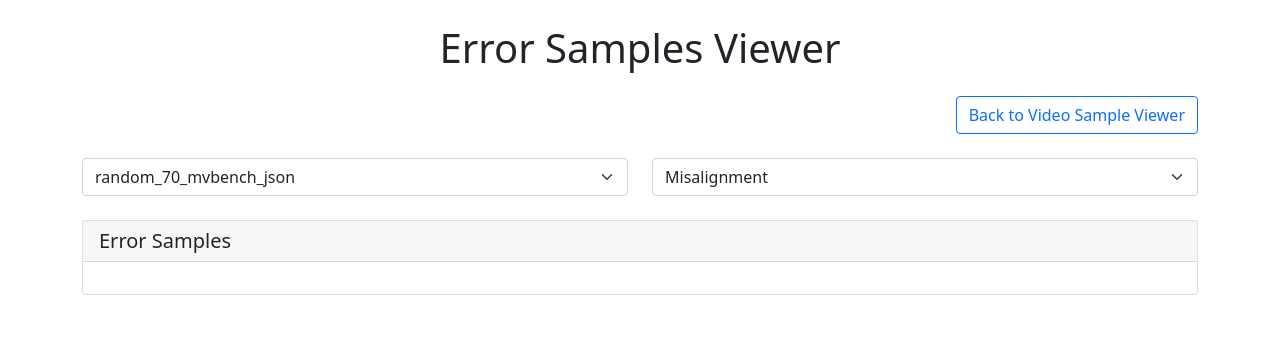
Repository: Baiqi-Li/video_benchmark_viewer
Page: http://localhost/error_samples
An editor plug-in stored every save of this project. The page is shown before and after the next save, followed by the edit.
The browser window is 1280 px wide. The pictures show the whole page.
The page is served by the project's application, run on Flask 3 (app.py).

Above is the page before, as saved 2025-05-04 17:36:57.

After the next save:
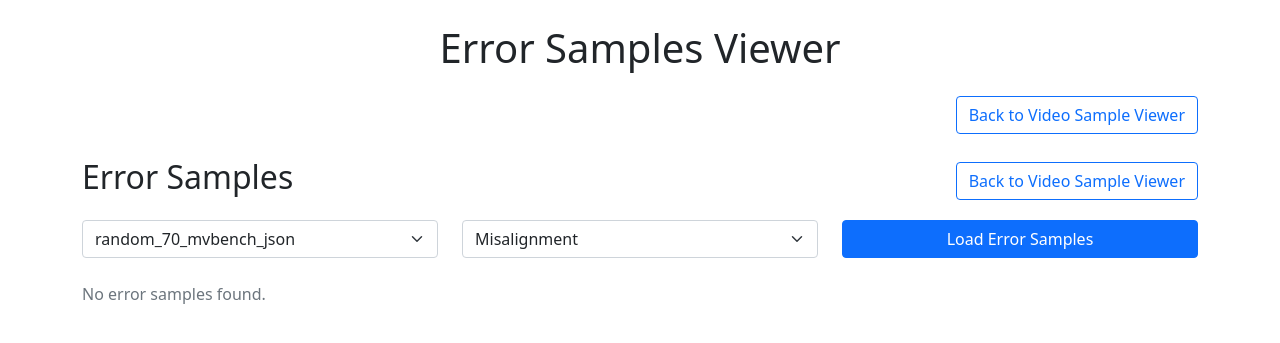
Saved 5 min 3 s later.
--- a/templates/error_samples.html
+++ b/templates/error_samples.html
@@ -37,6 +37,21 @@
         .error-type-badge {
             margin-right: 5px;
         }
+        .sample-card {
+            margin-bottom: 20px;
+            border: 1px solid #dee2e6;
+            border-radius: 5px;
+            background-color: #fff;
+        }
+        .sample-header {
+            background-color: #f8f9fa;
+            padding: 10px 15px;
+            border-bottom: 1px solid #dee2e6;
+            border-radius: 5px 5px 0 0;
+        }
+        .sample-body {
+            padding: 15px;
+        }
     </style>
 </head>
 <body>
@@ -49,15 +64,24 @@
             </div>
         </div>
 
+        <div class="row">
+            <div class="col-12">
+                <div class="d-flex justify-content-between align-items-center mb-3">
+                    <h2>Error Samples</h2>
+                    <a href="/" class="btn btn-outline-primary">Back to Video Sample Viewer</a>
+                </div>
+            </div>
+        </div>
+
         <div class="row mb-4">
-            <div class="col-md-6">
+            <div class="col-md-4">
                 <select id="datasetSelect" class="form-select">
                     {% for dataset in datasets %}
                     <option value="{{ dataset }}">{{ dataset }}</option>
                     {% endfor %}
                 </select>
             </div>
-            <div class="col-md-6">
+            <div class="col-md-4">
                 <select id="errorTypeSelect" class="form-select">
                     <option value="Misalignment">Misalignment</option>
                     <option value="Wrong">Wrong</option>
@@ -65,21 +89,13 @@
                     <option value="Others">Others</option>
                 </select>
             </div>
-        </div>
-
-        <div class="row">
-            <div class="col-12">
-                <div class="card">
-                    <div class="card-header">
-                        <h5 class="mb-0">Error Samples</h5>
-                    </div>
-                    <div class="card-body">
-                        <div id="errorSamplesList" class="list-group">
-                            <!-- Error samples will be listed here -->
-                        </div>
-                    </div>
-                </div>
-            </div>
+            <div class="col-md-4">
+                <button class="btn btn-primary w-100" onclick="loadErrorSamples()">Load Error Samples</button>
+            </div>
+        </div>
+
+        <div id="errorSamples" class="row">
+            <!-- Error samples will be displayed here -->
         </div>
 
         <div class="video-container mt-4" style="display: none;">
@@ -141,22 +157,49 @@
         }
 
         function displayErrorSamples() {
-            const listContainer = document.getElementById('errorSamplesList');
-            listContainer.innerHTML = '';
+            const container = document.getElementById('errorSamples');
+            container.innerHTML = '';
+
+            if (errorSamples.length === 0) {
+                container.innerHTML = '<div class="col-12"><p class="text-muted">No error samples found.</p></div>';
+                return;
+            }
 
             errorSamples.forEach((sample, index) => {
-                const listItem = document.createElement('a');
-                listItem.href = '#';
-                listItem.className = 'list-group-item list-group-item-action';
-                listItem.innerHTML = `
-                    <div class="d-flex w-100 justify-content-between">
-                        <h5 class="mb-1">Sample ${index + 1}</h5>
-                        <small>ID: ${sample.id}</small>
+                const card = document.createElement('div');
+                card.className = 'col-md-6 mb-4';
+                card.innerHTML = `
+                    <div class="sample-card">
+                        <div class="sample-header">
+                            <div class="d-flex justify-content-between align-items-center">
+                                <h5 class="mb-0">Sample ${index + 1}</h5>
+                                <span class="badge bg-secondary">Index: ${sample.original_index}</span>
+                            </div>
+                        </div>
+                        <div class="sample-body">
+                            <div class="mb-3">
+                                <h6>Question</h6>
+                                <p>${sample.question || 'No question available'}</p>
+                            </div>
+                            <div class="mb-3">
+                                <h6>Options</h6>
+                                <ul class="options-list">
+                                    ${Array.isArray(sample.options)
+                                        ? sample.options.map(option => `<li>${option}</li>`).join('')
+                                        : sample.options.split('\n').map(option => `<li>${option}</li>`).join('')}
+                                </ul>
+                            </div>
+                            <div class="mb-3">
+                                <h6>Answer</h6>
+                                <p>${sample.answer || 'No answer available'}</p>
+                            </div>
+                            <div class="text-center">
+                                <button class="btn btn-primary" onclick="viewSample('${sample.original_dataset}', ${sample.original_index})">View in Video Sample Viewer</button>
+                            </div>
+                        </div>
                     </div>
-                    <p class="mb-1">${sample.question || 'No question available'}</p>
                 `;
-                listItem.addEventListener('click', () => displaySample(sample));
-                listContainer.appendChild(listItem);
+                container.appendChild(card);
             });
         }
 

After the save that followed:
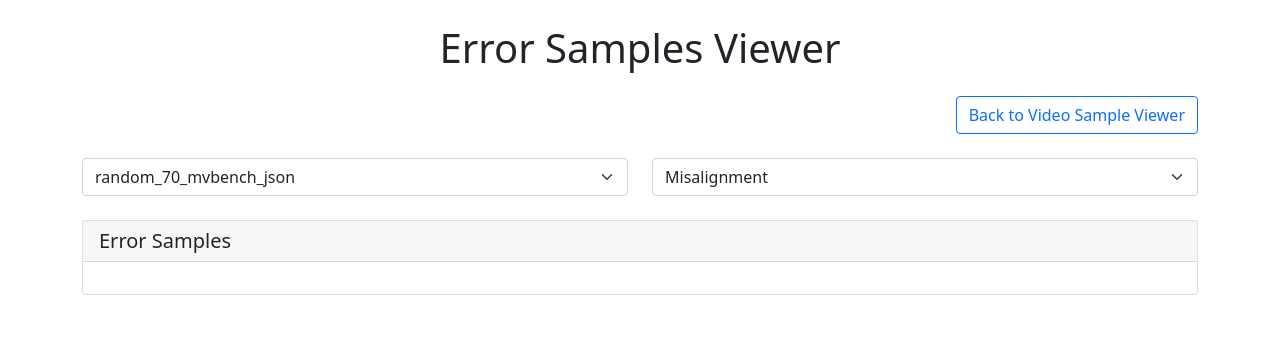
Saved 22 s later.
--- a/templates/error_samples.html
+++ b/templates/error_samples.html
@@ -37,21 +37,6 @@
         .error-type-badge {
             margin-right: 5px;
         }
-        .sample-card {
-            margin-bottom: 20px;
-            border: 1px solid #dee2e6;
-            border-radius: 5px;
-            background-color: #fff;
-        }
-        .sample-header {
-            background-color: #f8f9fa;
-            padding: 10px 15px;
-            border-bottom: 1px solid #dee2e6;
-            border-radius: 5px 5px 0 0;
-        }
-        .sample-body {
-            padding: 15px;
-        }
     </style>
 </head>
 <body>
@@ -64,24 +49,15 @@
             </div>
         </div>
 
-        <div class="row">
-            <div class="col-12">
-                <div class="d-flex justify-content-between align-items-center mb-3">
-                    <h2>Error Samples</h2>
-                    <a href="/" class="btn btn-outline-primary">Back to Video Sample Viewer</a>
-                </div>
-            </div>
-        </div>
-
         <div class="row mb-4">
-            <div class="col-md-4">
+            <div class="col-md-6">
                 <select id="datasetSelect" class="form-select">
                     {% for dataset in datasets %}
                     <option value="{{ dataset }}">{{ dataset }}</option>
                     {% endfor %}
                 </select>
             </div>
-            <div class="col-md-4">
+            <div class="col-md-6">
                 <select id="errorTypeSelect" class="form-select">
                     <option value="Misalignment">Misalignment</option>
                     <option value="Wrong">Wrong</option>
@@ -89,13 +65,21 @@
                     <option value="Others">Others</option>
                 </select>
             </div>
-            <div class="col-md-4">
-                <button class="btn btn-primary w-100" onclick="loadErrorSamples()">Load Error Samples</button>
-            </div>
-        </div>
-
-        <div id="errorSamples" class="row">
-            <!-- Error samples will be displayed here -->
+        </div>
+
+        <div class="row">
+            <div class="col-12">
+                <div class="card">
+                    <div class="card-header">
+                        <h5 class="mb-0">Error Samples</h5>
+                    </div>
+                    <div class="card-body">
+                        <div id="errorSamplesList" class="list-group">
+                            <!-- Error samples will be listed here -->
+                        </div>
+                    </div>
+                </div>
+            </div>
         </div>
 
         <div class="video-container mt-4" style="display: none;">
@@ -157,49 +141,22 @@
         }
 
         function displayErrorSamples() {
-            const container = document.getElementById('errorSamples');
-            container.innerHTML = '';
-
-            if (errorSamples.length === 0) {
-                container.innerHTML = '<div class="col-12"><p class="text-muted">No error samples found.</p></div>';
-                return;
-            }
+            const listContainer = document.getElementById('errorSamplesList');
+            listContainer.innerHTML = '';
 
             errorSamples.forEach((sample, index) => {
-                const card = document.createElement('div');
-                card.className = 'col-md-6 mb-4';
-                card.innerHTML = `
-                    <div class="sample-card">
-                        <div class="sample-header">
-                            <div class="d-flex justify-content-between align-items-center">
-                                <h5 class="mb-0">Sample ${index + 1}</h5>
-                                <span class="badge bg-secondary">Index: ${sample.original_index}</span>
-                            </div>
-                        </div>
-                        <div class="sample-body">
-                            <div class="mb-3">
-                                <h6>Question</h6>
-                                <p>${sample.question || 'No question available'}</p>
-                            </div>
-                            <div class="mb-3">
-                                <h6>Options</h6>
-                                <ul class="options-list">
-                                    ${Array.isArray(sample.options)
-                                        ? sample.options.map(option => `<li>${option}</li>`).join('')
-                                        : sample.options.split('\n').map(option => `<li>${option}</li>`).join('')}
-                                </ul>
-                            </div>
-                            <div class="mb-3">
-                                <h6>Answer</h6>
-                                <p>${sample.answer || 'No answer available'}</p>
-                            </div>
-                            <div class="text-center">
-                                <button class="btn btn-primary" onclick="viewSample('${sample.original_dataset}', ${sample.original_index})">View in Video Sample Viewer</button>
-                            </div>
-                        </div>
+                const listItem = document.createElement('a');
+                listItem.href = '#';
+                listItem.className = 'list-group-item list-group-item-action';
+                listItem.innerHTML = `
+                    <div class="d-flex w-100 justify-content-between">
+                        <h5 class="mb-1">Sample ${index + 1}</h5>
+                        <small>ID: ${sample.id}</small>
                     </div>
+                    <p class="mb-1">${sample.question || 'No question available'}</p>
                 `;
-                container.appendChild(card);
+                listItem.addEventListener('click', () => displaySample(sample));
+                listContainer.appendChild(listItem);
             });
         }
 
